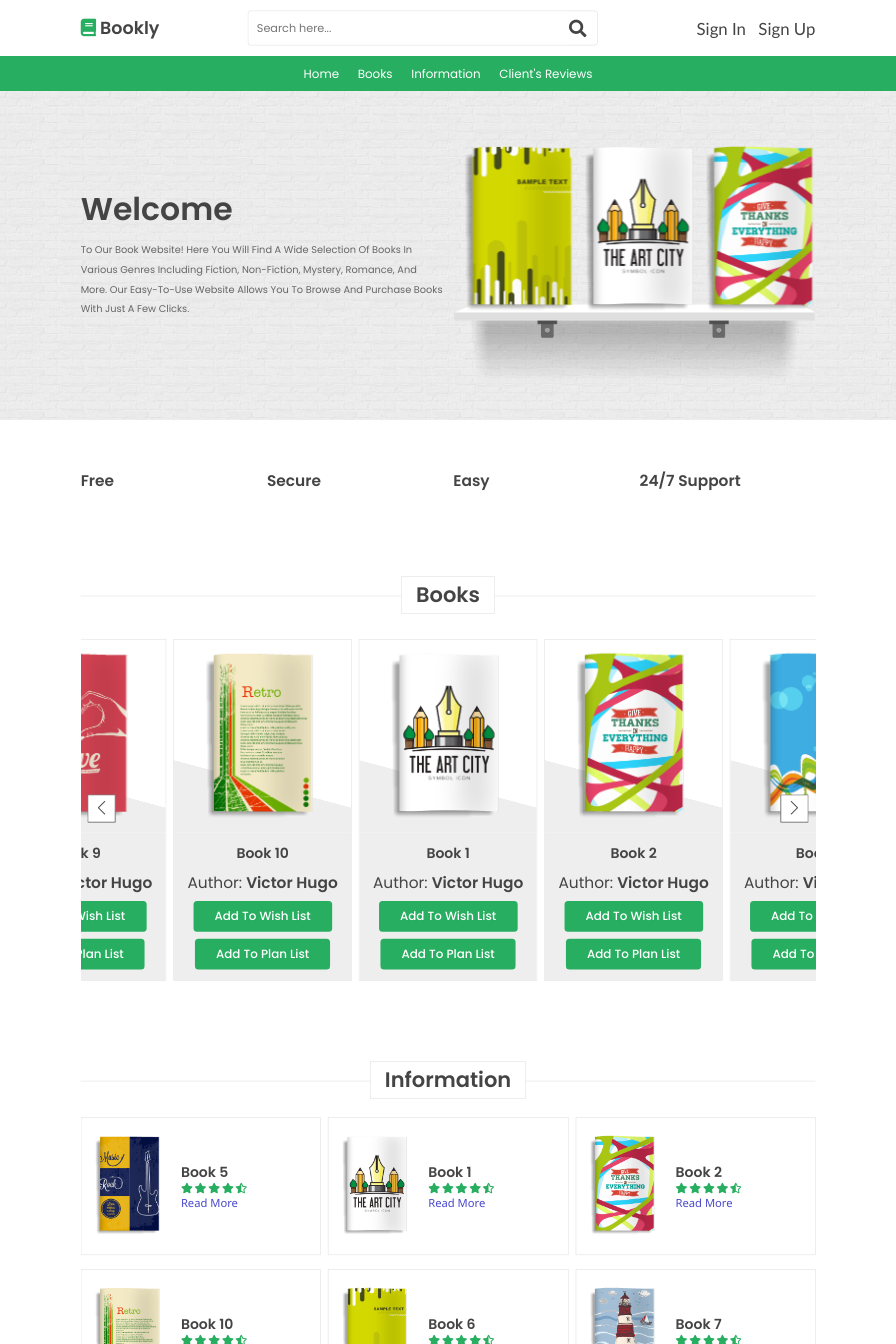
Repository: souhailaniba/Bookly
Page: public/assets/books webstie/index.html
These files come from the project's save history. The page is drawn as it stood at one moment and after the next save; the edit follows.
The browser window is 1280 px wide. The pictures show the part of the page from y = 0 to 1920 px (the page is 3055 px tall), at 70% of full size.

Above is the page before, as saved 2023-01-27 16:28:37.

### public/assets/books webstie/index.html
<!DOCTYPE html>
<html lang="en">
<head>
    <meta charset="UTF-8">
    <meta http-equiv="X-UA-Compatible" content="IE=edge">
    <meta name="viewport" content="width=device-width, initial-scale=1.0">
    <title>Book Website</title>

    <link rel="stylesheet" href="https://unpkg.com/swiper@7/swiper-bundle.min.css" />

    <!-- font awesome cdn link  -->
    <link rel="stylesheet" href="https://cdnjs.cloudflare.com/ajax/libs/font-awesome/5.15.4/css/all.min.css">

    <!-- custom css file link  -->
    <link rel="stylesheet" href="css/style.css">

</head>
<body>

<!-- header section starts  -->

<header class="header">

    <div class="header-1">

        <a href="#" class="logo"> <i class="fas fa-book"></i> Bookly </a>

        <form action="" class="search-form">
            <input type="search" name="" placeholder="Search here..." id="search-box">
            <label for="search-box" class="fas fa-search"></label>
        </form>

        <div class="icons">
            <div id="search-btn" class="fas fa-search"></div>
            <a href="./Login.html"  style="font-size:x-large;font-family: 'Gill Sans', 'Gill Sans MT', Calibri, 'Trebuchet MS', sans-serif;">Sign In</a>
            <a href="./Register.html" style="font-size: x-large;font-family: 'Gill Sans', 'Gill Sans MT', Calibri, 'Trebuchet MS', sans-serif;">Sign Up</a>
        </div>

    </div>

    <div class="header-2">
        <nav class="navbar">
            <a href="#home">Home</a>
            <a href="#featured">Books</a>
            <a href="#arrivals">Information</a>
            <a href="#reviews">Client's Reviews</a>
        </nav>
    </div>

</header>

<!-- header section ends -->

<!-- bottom navbar  -->

<nav class="bottom-navbar">
    <a href="#home" class="fas fa-home"></a>
    <a href="#featured" class="fas fa-list"></a>
    <a href="#arrivals" class="fas fa-tags"></a>
    <a href="#reviews" class="fas fa-comments"></a>
    <a href="#blogs" class="fas fa-blog"></a>
</nav>

<!-- home section starts  -->

<section class="home" id="home">

    <div class="row">

        <div class="content">
            <h3>Welcome</h3>
            <p>To our book website! Here you will find a wide selection of books in various genres including fiction, non-fiction, mystery, romance, and more. Our easy-to-use website allows you to browse and purchase books with just a few clicks.</p>
        </div>

        <div class="swiper books-slider">
            <div class="swiper-wrapper">
                <a href="#" class="swiper-slide"><img src="image/book-1.png" alt=""></a>
                <a href="#" class="swiper-slide"><img src="image/book-2.png" alt=""></a>
                <a href="#" class="swiper-slide"><img src="image/book-3.png" alt=""></a>
                <a href="#" class="swiper-slide"><img src="image/book-4.png" alt=""></a>
                <a href="#" class="swiper-slide"><img src="image/book-5.png" alt=""></a>
                <a href="#" class="swiper-slide"><img src="image/book-6.png" alt=""></a>
            </div>
            <img src="image/stand.png" class="stand" alt="">
        </div>

    </div>

</section>

<!-- home section ense  -->

<!-- icons section starts  -->

<section class="icons-container">

    <div class="icons">
        <div class="content">
            <h3>Free</h3>
        </div>
    </div>

    <div class="icons">
        <div class="content">
            <h3>Secure</h3>
        </div>
    </div>

    <div class="icons">
        <div class="content">
            <h3>Easy</h3>
        </div>
    </div>

    <div class="icons">
        <div class="content">
            <h3>24/7 support</h3>
        </div>
    </div>

</section>

<!-- icons section ends -->

<!-- featured section starts  -->

<section class="featured" id="featured">

    <h1 class="heading"> <span>Books</span> </h1>

    <div class="swiper featured-slider">

        <div class="swiper-wrapper">

            <div class="swiper-slide box">
                <div class="image">
                    <img src="image/book-1.png" alt="">
                </div>
                <div class="content">
                    <h3>Book 1</h3>
                    <div class="price">Author: <b>Victor Hugo</b></div>
                    <a href="#" class="btn">Add to wish list</a>
                    <a href="#" class="btn">Add to plan list</a>
                </div>
            </div>

            <div class="swiper-slide box">
                <div class="image">
                    <img src="image/book-2.png" alt="">
                </div>
                <div class="content">
                    <h3>Book 2</h3>
                    <div class="price">Author: <b>Victor Hugo</b></div>
                    <a href="#" class="btn">Add to wish list</a>
                    <a href="#" class="btn">Add to plan list</a>
                </div>
            </div>

            <div class="swiper-slide box">
                <div class="image">
                    <img src="image/book-3.png" alt="">
                </div>
                <div class="content">
                    <h3>Book 3</h3>
                    <div class="price">Author: <b>Victor Hugo</b></div>
                    <a href="#" class="btn">Add to wish list</a>
                    <a href="#" class="btn">Add to plan list</a>
                </div>
            </div>

            <div class="swiper-slide box">
                <div class="image">
                    <img src="image/book-4.png" alt="">
                </div>
                <div class="content">
                    <h3>Book 4</h3>
                    <div class="price">Author: <b>Victor Hugo</b></div>
                    <a href="#" class="btn">Add to wish list</a>
                    <a href="#" class="btn">Add to plan list</a>
                </div>
            </div>

            <div class="swiper-slide box">
                <div class="image">
                    <img src="image/book-5.png" alt="">
                </div>
                <div class="content">
                    <h3>Book 5</h3>
                    <div class="price">Author: <b>Victor Hugo</b></div>
                    <a href="#" class="btn">Add to wish list</a>
                    <a href="#" class="btn">Add to plan list</a>
                </div>
            </div>

            <div class="swiper-slide box">
                <div class="image">
                    <img src="image/book-6.png" alt="">
                </div>
                <div class="content">
                    <h3>Book 6</h3>
                    <div class="price">Author: <b>Victor Hugo</b></div>
                    <a href="#" class="btn">Add to wish list</a>
                    <a href="#" class="btn">Add to plan list</a>
                </div>
            </div>

            <div class="swiper-slide box">
                <div class="image">
                    <img src="image/book-7.png" alt="">
                </div>
                <div class="content">
                    <h3>Book 7</h3>
                    <div class="price">Author: <b>Victor Hugo</b></div>
                    <a href="#" class="btn">Add to wish list</a>
                    <a href="#" class="btn">Add to plan list</a>
                </div>
            </div>

            <div class="swiper-slide box">
                <div class="image">
                    <img src="image/book-8.png" alt="">
                </div>
                <div class="content">
                    <h3>Book 8</h3>
                    <div class="price">Author: <b>Victor Hugo</b></div>
                    <a href="#" class="btn">Add to wish list</a>
                    <a href="#" class="btn">Add to plan list</a>
                </div>
            </div>

            <div class="swiper-slide box">
                <div class="image">
                    <img src="image/book-9.png" alt="">
                </div>
                <div class="content">
                    <h3>Book 9</h3>
                    <div class="price">Author: <b>Victor Hugo</b></div>
                    <a href="#" class="btn">Add to wish list</a>
                    <a href="#" class="btn">Add to plan list</a>
                </div>
            </div>

            <div class="swiper-slide box">
                <div class="image">
                    <img src="image/book-10.png" alt="">
                </div>
                <div class="content">
                    <h3>Book 10</h3>
                    <div class="price">Author: <b>Victor Hugo</b></div>
                    <a href="#" class="btn">Add to wish list</a>
                    <a href="#" class="btn">Add to plan list</a>
                </div>
            </div>

        </div>

        <div class="swiper-button-next"></div>
        <div class="swiper-button-prev"></div>

    </div>

</section>

<!-- featured section ends -->


<!-- arrivals section starts  -->

<section class="arrivals" id="arrivals">

    <h1 class="heading"> <span>Information</span> </h1>

    <div class="swiper arrivals-slider">

        <div class="swiper-wrapper">

            <a href="#" class="swiper-slide box">
                <div class="image">
                    <img src="image/book-1.png" alt="">
                </div>
                <div class="content">
                    <h3>Book 1</h3>
                    <div class="stars">
                        <i class="fas fa-star"></i>
                        <i class="fas fa-star"></i>
                        <i class="fas fa-star"></i>
                        <i class="fas fa-star"></i>
                        <i class="fas fa-star-half-alt"></i>
                    </div>
                    <div style="font-size: medium;font-family:'Segoe UI', Tahoma, Geneva, Verdana, sans-serif;color: rgb(72, 72, 204);">Read More</div>
                </div>
            </a>

            <a href="#" class="swiper-slide box">
                <div class="image">
                    <img src="image/book-2.png" alt="">
                </div>
                <div class="content">
                    <h3>Book 2</h3>
                    <div class="stars">
                        <i class="fas fa-star"></i>
                        <i class="fas fa-star"></i>
                        <i class="fas fa-star"></i>
                        <i class="fas fa-star"></i>
                        <i class="fas fa-star-half-alt"></i>
                    </div>
                    <div style="font-size: medium;font-family:'Segoe UI', Tahoma, Geneva, Verdana, sans-serif;color: rgb(72, 72, 204);">Read More</div>
                </div>
            </a>

            <a href="#" class="swiper-slide box">
                <div class="image">
                    <img src="image/book-3.png" alt="">
                </div>
                <div class="content">
                    <h3>Book 3</h3>
                    <div class="stars">
                        <i class="fas fa-star"></i>
                        <i class="fas fa-star"></i>
                        <i class="fas fa-star"></i>
                        <i class="fas fa-star"></i>
                        <i class="fas fa-star-half-alt"></i>
                    </div>
                    <div style="font-size: medium;font-family:'Segoe UI', Tahoma, Geneva, Verdana, sans-serif;color: rgb(72, 72, 204);">Read More</div>
                </div>
            </a>

            <a href="#" class="swiper-slide box">
                <div class="image">
                    <img src="image/book-4.png" alt="">
                </div>
                <div class="content">
                    <h3>Book 4</h3>
                    <div class="stars">
                        <i class="fas fa-star"></i>
                        <i class="fas fa-star"></i>
                        <i class="fas fa-star"></i>
                        <i class="fas fa-star"></i>
                        <i class="fas fa-star-half-alt"></i>
                    </div>
                    <div style="font-size: medium;font-family:'Segoe UI', Tahoma, Geneva, Verdana, sans-serif;color: rgb(72, 72, 204);">Read More</div>
                </div>
            </a>

            <a href="#" class="swiper-slide box">
                <div class="image">
                    <img src="image/book-5.png" alt="">
                </div>
                <div class="content">
                    <h3>Book 5</h3>
                    <div class="stars">
                        <i class="fas fa-star"></i>
                        <i class="fas fa-star"></i>
                        <i class="fas fa-star"></i>
                        <i class="fas fa-star"></i>
                        <i class="fas fa-star-half-alt"></i>
                    </div>
                    <div style="font-size: medium;font-family:'Segoe UI', Tahoma, Geneva, Verdana, sans-serif;color: rgb(72, 72, 204);">Read More</div>
                </div>
            </a>

        </div>

    </div>

    <div class="swiper arrivals-slider">

        <div class="swiper-wrapper">

            <a href="#" class="swiper-slide box">
                <div class="image">
                    <img src="image/book-6.png" alt="">
                </div>
                <div class="content">
                    <h3>Book 6</h3>
                    <div class="stars">
                        <i class="fas fa-star"></i>
                        <i class="fas fa-star"></i>
                        <i class="fas fa-star"></i>
                        <i class="fas fa-star"></i>
                        <i class="fas fa-star-half-alt"></i>
                    </div>
                    <div style="font-size: medium;font-family:'Segoe UI', Tahoma, Geneva, Verdana, sans-serif;color: rgb(72, 72, 204);">Read More</div>
                </div>
            </a>

            <a href="#" class="swiper-slide box">
                <div class="image">
                    <img src="image/book-7.png" alt="">
                </div>
                <div class="content">
                    <h3>Book 7</h3>
                    <div class="stars">
                        <i class="fas fa-star"></i>
                        <i class="fas fa-star"></i>
                        <i class="fas fa-star"></i>
                        <i class="fas fa-star"></i>
                        <i class="fas fa-star-half-alt"></i>
                    </div>
                    <div style="font-size: medium;font-family:'Segoe UI', Tahoma, Geneva, Verdana, sans-serif;color: rgb(72, 72, 204);">Read More</div>
                </div>
            </a>

            <a href="#" class="swiper-slide box">
                <div class="image">
                    <img src="image/book-8.png" alt="">
                </div>
                <div class="content">
                    <h3>Book 8</h3>
                    <div class="stars">
                        <i class="fas fa-star"></i>
                        <i class="fas fa-star"></i>
                        <i class="fas fa-star"></i>
                        <i class="fas fa-star"></i>
                        <i class="fas fa-star-half-alt"></i>
                    </div>
                    <div style="font-size: medium;font-family:'Segoe UI', Tahoma, Geneva, Verdana, sans-serif;color: rgb(72, 72, 204);">Read More</div>
                </div>
            </a>

            <a href="#" class="swiper-slide box">
                <div class="image">
                    <img src="image/book-9.png" alt="">
                </div>
                <div class="content">
                    <h3>Book 9</h3>
                    <div class="stars">
                        <i class="fas fa-star"></i>
                        <i class="fas fa-star"></i>
                        <i class="fas fa-star"></i>
                        <i class="fas fa-star"></i>
                        <i class="fas fa-star-half-alt"></i>
                    </div>
                    <div style="font-size: medium;font-family:'Segoe UI', Tahoma, Geneva, Verdana, sans-serif;color: rgb(72, 72, 204);">Read More</div>
                </div>
            </a>

            <a href="#" class="swiper-slide box">
                <div class="image">
                    <img src="image/book-10.png" alt="">
                </div>
                <div class="content">
                    <h3>Book 10</h3>
                    <div class="stars">
                        <i class="fas fa-star"></i>
                        <i class="fas fa-star"></i>
                        <i class="fas fa-star"></i>
                        <i class="fas fa-star"></i>
                        <i class="fas fa-star-half-alt"></i>
                    </div>
                    <div style="font-size: medium;font-family:'Segoe UI', Tahoma, Geneva, Verdana, sans-serif;color: rgb(72, 72, 204);">Read More</div>
                </div>
            </a>

        </div>

    </div>

</section>

<!-- arrivals section ends -->


<!-- reviews section starts  -->

<section class="reviews" id="reviews">

    <h1 class="heading"> <span>Client's reviews</span> </h1>

    <div class="swiper reviews-slider">

        <div class="swiper-wrapper">

            <div class="swiper-slide box">
                <img src="image/pic-1.png" alt="">
                <h3>john deo</h3>
                <p>Lorem ipsum dolor, sit amet consectetur adipisicing elit. Aspernatur nihil ipsa placeat. Aperiam at sint, eos ex similique facere hic.</p>
                <div class="stars">
                    <i class="fas fa-star"></i>
                    <i class="fas fa-star"></i>
                    <i class="fas fa-star"></i>
                    <i class="fas fa-star"></i>
                    <i class="fas fa-star-half-alt"></i>
                </div>
            </div>

            <div class="swiper-slide box">
                <img src="image/pic-2.png" alt="">
                <h3>john deo</h3>
                <p>Lorem ipsum dolor, sit amet consectetur adipisicing elit. Aspernatur nihil ipsa placeat. Aperiam at sint, eos ex similique facere hic.</p>
                <div class="stars">
                    <i class="fas fa-star"></i>
                    <i class="fas fa-star"></i>
                    <i class="fas fa-star"></i>
                    <i class="fas fa-star"></i>
                    <i class="fas fa-star-half-alt"></i>
                </div>
            </div>

            <div class="swiper-slide box">
                <img src="image/pic-3.png" alt="">
                <h3>john deo</h3>
                <p>Lorem ipsum dolor, sit amet consectetur adipisicing elit. Aspernatur nihil ipsa placeat. Aperiam at sint, eos ex similique facere hic.</p>
                <div class="stars">
                    <i class="fas fa-star"></i>
                    <i class="fas fa-star"></i>
                    <i class="fas fa-star"></i>
                    <i class="fas fa-star"></i>
                    <i class="fas fa-star-half-alt"></i>
                </div>
            </div>
            <div class="swiper-slide box">
                <img src="image/pic-4.png" alt="">
                <h3>john deo</h3>
                <p>Lorem ipsum dolor, sit amet consectetur adipisicing elit. Aspernatur nihil ipsa placeat. Aperiam at sint, eos ex similique facere hic.</p>
                <div class="stars">
                    <i class="fas fa-star"></i>
                    <i class="fas fa-star"></i>
                    <i class="fas fa-star"></i>
                    <i class="fas fa-star"></i>
                    <i class="fas fa-star-half-alt"></i>
                </div>
            </div>

            <div class="swiper-slide box">
                <img src="image/pic-5.png" alt="">
                <h3>john deo</h3>
                <p>Lorem ipsum dolor, sit amet consectetur adipisicing elit. Aspernatur nihil ipsa placeat. Aperiam at sint, eos ex similique facere hic.</p>
                <div class="stars">
                    <i class="fas fa-star"></i>
                    <i class="fas fa-star"></i>
                    <i class="fas fa-star"></i>
                    <i class="fas fa-star"></i>
                    <i class="fas fa-star-half-alt"></i>
                </div>
            </div>

            <div class="swiper-slide box">
                <img src="image/pic-6.png" alt="">
                <h3>john deo</h3>
                <p>Lorem ipsum dolor, sit amet consectetur adipisicing elit. Aspernatur nihil ipsa placeat. Aperiam at sint, eos ex similique facere hic.</p>
                <div class="stars">
                    <i class="fas fa-star"></i>
                    <i class="fas fa-star"></i>
                    <i class="fas fa-star"></i>
                    <i class="fas fa-star"></i>
                    <i class="fas fa-star-half-alt"></i>
                </div>
            </div>

        </div>

    </div>

</section>

<!-- reviews section ends -->


<!-- footer section starts  -->

<section class="footer">

    <div class="box-container">

        <div class="box">
            <h3>our locations</h3>
            <a href="#"> <i class="fas fa-map-marker-alt"></i> Casablanca Sidi Othman </a>
        </div>

        <div class="box">
            <h3>quick links</h3>
            <a href="#"> <i class="fas fa-arrow-right"></i> home </a>
            <a href="#"> <i class="fas fa-arrow-right"></i> books </a>
            <a href="#"> <i class="fas fa-arrow-right"></i> client'reviews </a>
            <a href="#"> <i class="fas fa-arrow-right"></i> information </a>
        </div>

        <div class="box">
            <h3>contact info</h3>
            <a href="#"> <i class="fas fa-phone"></i> 060000000 </a>
            <a href="#"> <i class="fas fa-envelope"></i> EnsamCasa@gmail.com </a>
        </div>

    </div>

    <div class="share">
        <a href="#" class="fab fa-facebook-f"></a>
        <a href="#" class="fab fa-twitter"></a>
        <a href="#" class="fab fa-instagram"></a>
        <a href="#" class="fab fa-linkedin"></a>
    </div>

    <div class="credit"> Created by <span>SAKINI Oussama | ANIBA Souhail | BELHIAK Salah-Eddine</span></div>

</section>

<!-- footer section ends -->

<!-- loader  -->

<div class="loader-container">
    <img src="image/loader-img.gif" alt="">
</div>
















<script src="https://unpkg.com/swiper@7/swiper-bundle.min.js"></script>

<!-- custom js file link  -->
<script src="js/script.js"></script>

</body>
</html>

Loaded but not shown: public/assets/books webstie/js/script.js (151 lines, source omitted); public/assets/books webstie/css/style.css (820 lines, source omitted)

After the next save:
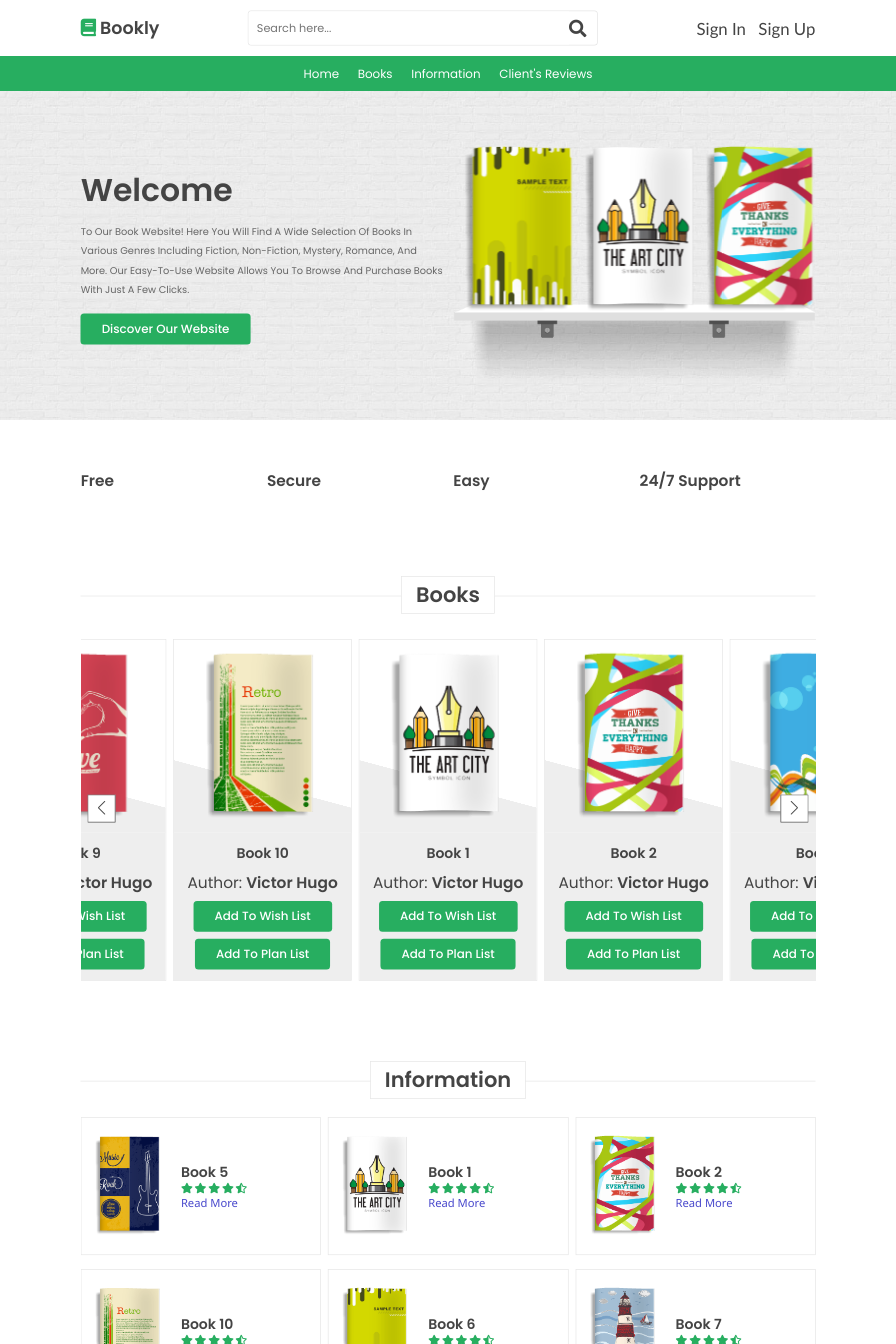
Saved 27 s later.
--- a/public/assets/books webstie/index.html
+++ b/public/assets/books webstie/index.html
@@ -70,6 +70,7 @@
         <div class="content">
             <h3>Welcome</h3>
             <p>To our book website! Here you will find a wide selection of books in various genres including fiction, non-fiction, mystery, romance, and more. Our easy-to-use website allows you to browse and purchase books with just a few clicks.</p>
+            <button class="btn">Discover Our Website</button>
         </div>
 
         <div class="swiper books-slider">
